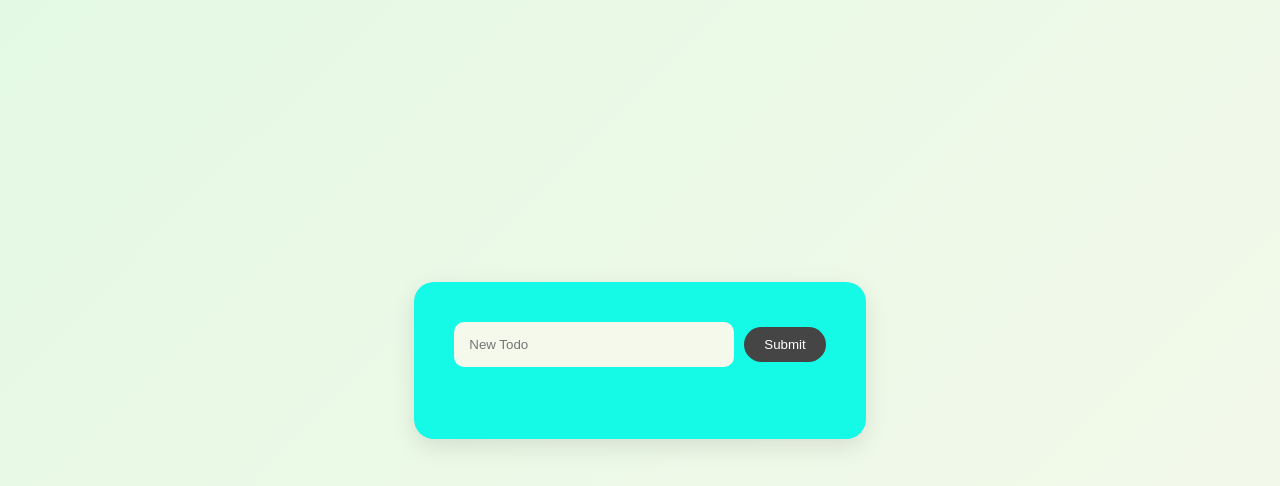
Repository: Subhadeep2609/Todo_React
Page: /
An editor plug-in stored every save of this project. The page is shown before and after the next save, followed by the edit.
The browser window is 1280 px wide. The pictures show the whole page.
The project was rebuilt for these pictures with package versions that can differ from the ones it lists, and the page was loaded fresh each time. Also part of the build but not shown: vite.config.js.

Above is the page before, as saved 2025-09-04 13:46:16.

After the next save:
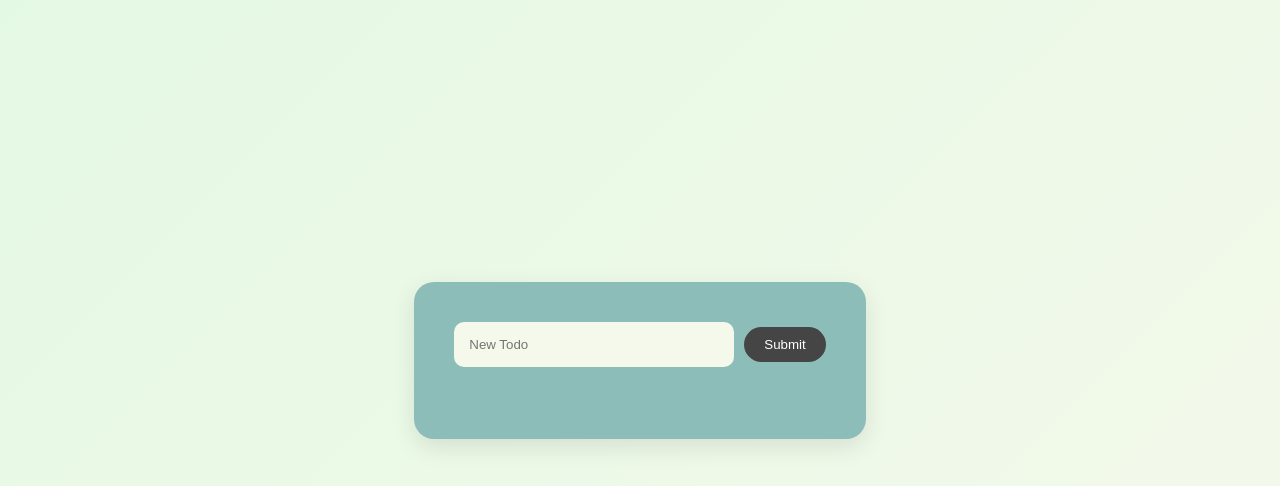
Saved 7 s later.
--- a/src/index.css
+++ b/src/index.css
@@ -16,7 +16,7 @@ body {
 
 /* Container */
 .container {
-  background: #15fae7;
+  background: #8dbdb9;
   padding: 40px;
   border-radius: 20px;
   box-shadow: 0 8px 25px rgba(0, 0, 0, 0.1);
